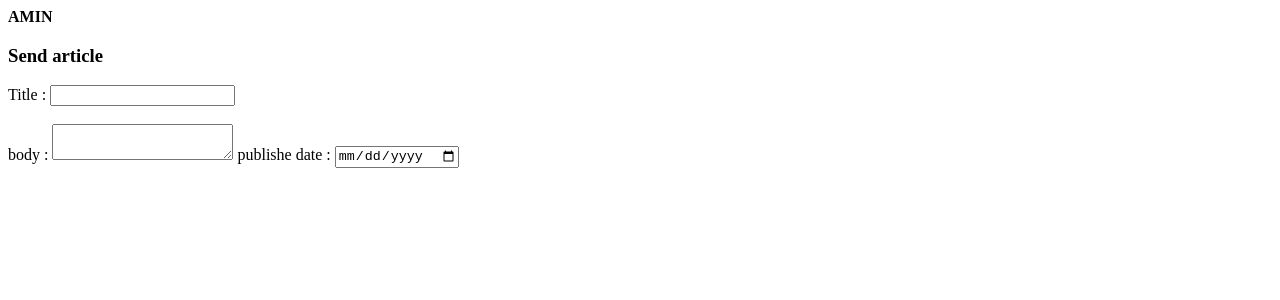
Repository: aminsheikhan/amins-github
Page: index.html
The author's editor kept a copy of each file at every save. The page is drawn from the files as they stood at one save, then again after a run of saves.
The browser window is 1280 px wide. The pictures show the whole page.

Above is the page before, as saved 2025-12-10 11:58:17.

### index.html
<!DOCTYPE html>
<html>
    <head>
        <title>DK compani</title>

    </head>

    <body>

        <!-- <h1>hello</h1>
        <hr>
        <p>My name <br> is -------> <strong>AMIN</strong> </p>
        <!-- <img src="https://encrypted-tbn0.gstatic.com/images?q=tbn:ANd9GcRoAjtMwTQOLTAKjz2fEtOaZiAGcB5UmJiALA&s" alt="hourseoto">
        <ol>
            <li>Item one</li>
            <li>Item two</li>
            <li>Item tree</li>
        </ol>
        <hr>
        <ul>
            <li>Item 1</li>
            <li>Item 2</li>
            <li>Item 3</li>
        </ul>
        <a href="https://www.dieselkhodro.com/" target="_blank">Go to us Site</a> -->

        <!-- <table>
            <thead>
                <tr>
                    <th>head 1</th>
                    <th>head 2</th>
                    <th>head 3</th>
                </tr>
            </thead>

            <tbody>

                <tr>
                    <td>data 1</td>
                    <td>data 2</td>
                    <td> </td>
                </tr>

            </tbody>
        </table> -->

        <!-- <h2>Roocket Video</h2>
        <p>Lorem ipsum dolor sit amet consectetur, adipisicing elit. Sapiente dolores temporibus numquam rem voluptatem ipsum molestias id quasi nulla eius tempora deleniti maiores ratione et recusandae laboriosam rerum, sint officia.</p>
        <video controls width="720" height="350" poster="https://www.dieselkhodro.com/static/main_images/logo-blue.png">
            <source src="./vidio/141_python-141.mp4">
            Your Browser does not support
        </video>

        <hr>

        <h2>Roocket audio </h2>
        <p>Lorem ipsum dolor, sit amet consectetur adipisicing elit. Explicabo commodi dicta unde eum rerum esse beatae sequi saepe animi, sed voluptatum? Eos doloribus dolorum qui excepturi placeat quia est quae.</p>
        <audio controls>
            <source src="./vidio/Bogzar Ey Ashena - Ejraye Goruhi.mp3">

        </audio> -->

        <h3>Send article </h3>
        <form action="#">
            <label>Title :</label>
            <input type="" name="title">
            <br><br>

            <label>body :</label>
            <textarea name="body" col></textarea>


            <label> publishe date :</label>
            <input type="date" name="publishe_at">



        </form>


    </body>





</html>

After the next 2 saves:
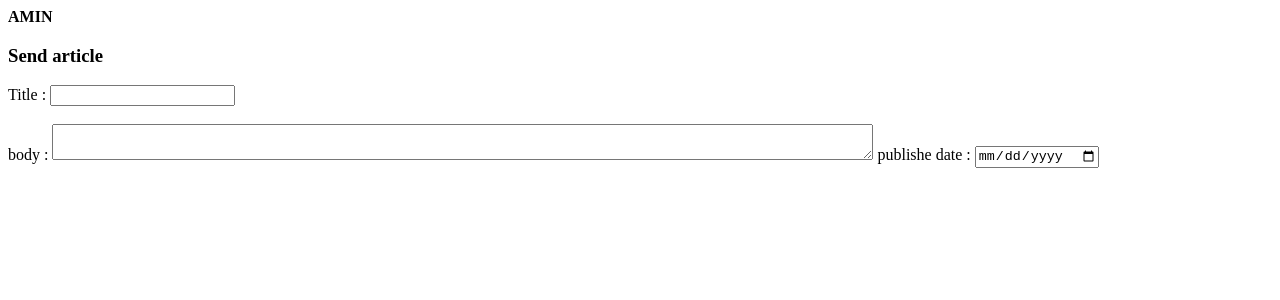
The 2 saves are shown as one change because they came seconds apart.
The last was saved 4 s later.
--- a/index.html
+++ b/index.html
@@ -67,7 +67,7 @@
             <br><br>
 
             <label>body :</label>
-            <textarea name="body" col></textarea>
+            <textarea name="body" cols="100"></textarea>
 
 
             <label> publishe date :</label>
